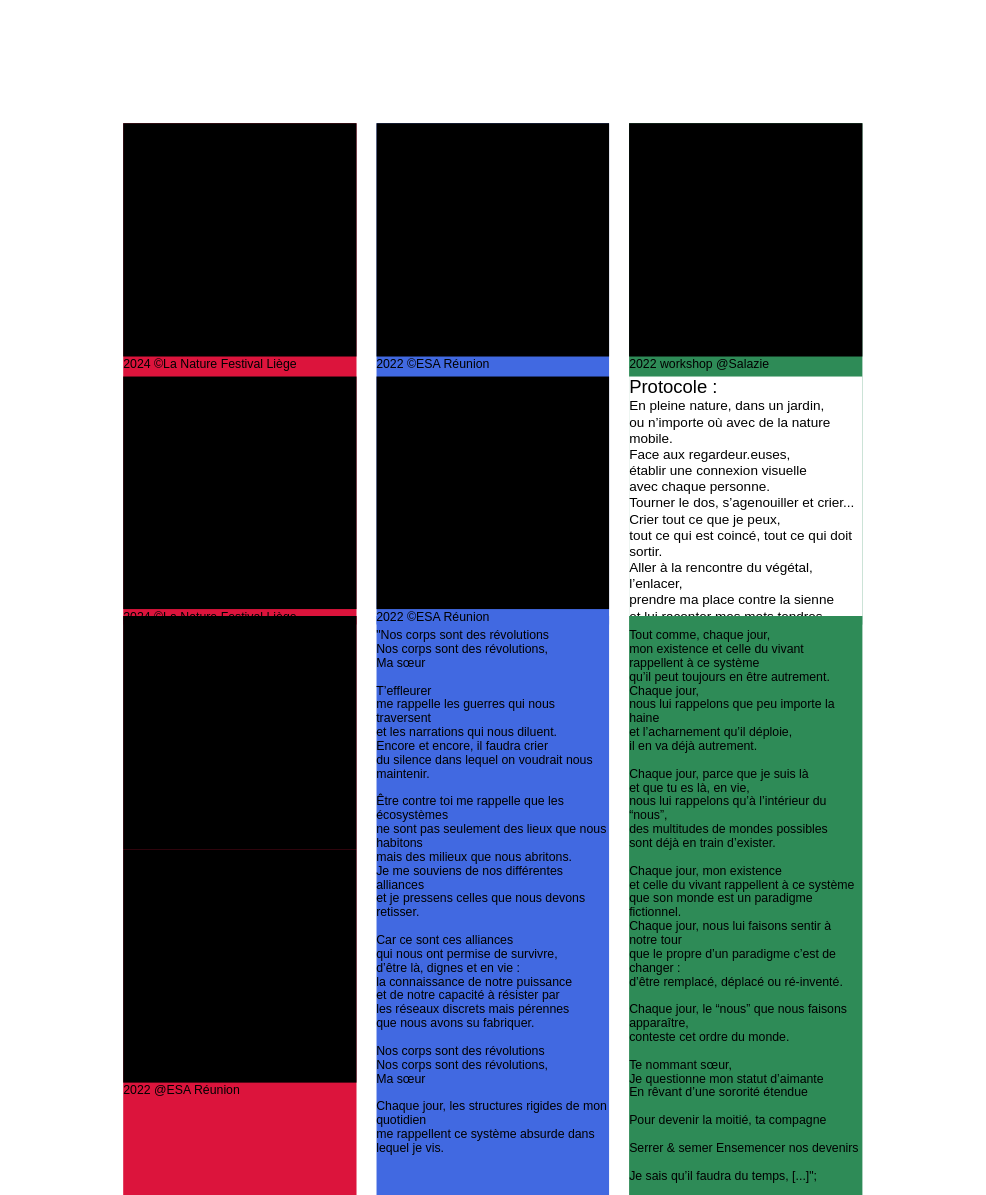
Repository: brunrhb/oce-p
Page: index.html
The author's editor kept a copy of each file at every save. The page is drawn from the files as they stood at one save, then again after the next save.
The browser window is 1280 px wide. The pictures show the whole page, at 77% of full size.

Above is the page before, as saved 2025-06-04 18:34:34.

### index.html
<!DOCTYPE html>
<html lang="fr">
<head>
  <meta charset="UTF-8">
  <meta name="viewport" content="width=device-width, initial-scale=1.0">
  <title>Grid 3 colonnes avec placeholders</title>
  <link rel="stylesheet" href="styles.css">
  <script defer src="content.js"></script>
</head>
<body>



  <section PROJET1 LIASONS VEGETALES>

<div class="grid-p1s1" id="partie1">

<div class="col-p1s1-1">
  <div class="media-block">
    <div class="placeholder-p1s1"></div>
    <p class="credit" data-content="p1s1-credit1"></p>
  </div>

  <div class="media-block">
    <div class="placeholder-p1s1"></div>
    <p class="credit" data-content="p1s1-credit2"></p>
  </div>
</div>

    <div class="col-p1s1-2">
      <div class="media-block">
        <div class="placeholder-p1s1"></div>
        <p class="credit" data-content="p1s1-credit3"></p>
      </div>
      <div class="media-block">
        <div class="placeholder-p1s1"></div>
        <p class="credit" data-content="p1s1-credit4"></p>
      </div>
    </div>

    <div class="col-p1s1-3">
      <div class="media-block">
        <div class="placeholder-p1s1"></div>
        <p class="credit" data-content="p1s1-credit5"></p>
      </div>
     <div class="text-block-p1s1">
       <p class="protocole-titre" data-content="p1s1-protocole-titre"></p>
       <p class="protocole-corps" data-content="p1s1-protocole-corps"></p>
    </div>

  </div>

</div>

<div class="grid-p1s1" id="partie2">

<div class="col-p1s1-1">
  <div class="media-block">
    <div class="placeholder-p1s1"></div>
    <div class="placeholder-p1s1"></div>
    <p class="credit" data-content="p1s2-credit1"></p>
  </div>
   </div>

  <div class="col-p1s1-2">
      <div class="text-block-p1s2">
        <p class="extrait" data-content="p1s2-extrait1"></p>
      </div>
  </div>

  <div class="col-p1s1-3">
      <div class="text-block-p1s2">
        <p class="extrait" data-content="p1s2-extrait2"></p>
      </div>

  </div>



</div>
  </section>

</body>
</html>

### styles.css
body {
  margin: 0;
  font-family: sans-serif;
}

/* #region PROJET1 LIASONS VEGETALES*/

/* #region slide1*/

/* 1 grille et colonnes */

.grid-p1s1 {
  display: grid;
  grid-template-columns: 1fr 1fr 1fr;
  height: calc(100vh - 20rem);
  padding-top: 10rem;
  padding-bottom: 5rem;
  padding-left:10rem ;
  padding-right:10rem ;
  column-gap: 2vw;
}

.col-p1s1-1 {
  display: flex;
  flex-direction: column;
  justify-content: flex-start;
  gap: 2vw;


  background-color: crimson;
}

.col-p1s1-2 {
  display: flex;
  flex-direction: column;
  justify-content: flex-start;
  gap: 2vw;

  background-color: royalblue;
}

.col-p1s1-3 {
  display: flex;
  flex-direction: column;
  justify-content: flex-start;
  gap: 2vw;

  background-color: seagreen;
}


/* 2 blocks et elements */

.media-block {
  display: block;
  width: 100%;
}

.placeholder-p1s1 {
  aspect-ratio: 1 / 1;
  width: 100%;
  background-color: black;
}

.credit {
  position: absolute;
  font-size: 1rem;
  line-height: 1.2;
  margin: 0;

}

.text-block-p1s1 {
  display: flex;
  flex-direction: column;
  justify-content: flex-end;

  width: 100%;
  aspect-ratio: 1 / 1;
  background-color: white;

  padding: 0;
  margin: 0;
  gap: 0;
}

.protocole-titre {
  font-size: 1.5rem;
  margin: 0;
  padding: 0;
}

.protocole-corps {
  font-size: 1.1rem;
  margin: 0;
  padding: 0;
}

/* #endregion */


/* #region slide1*/



/* #endregion */


/* #endregion */

### content.js
const content = {};

// #region PROJET1

// #region p1s1
content["p1s1-credit1"] = "2024 ©La Nature Festival Liège";
content["p1s1-credit2"] = "2024 ©La Nature Festival Liège";
content["p1s1-credit3"] = "2022 ©ESA Réunion";
content["p1s1-credit4"] = "2022 ©ESA Réunion";
content["p1s1-credit5"] = "2022 workshop @Salazie";

content["p1s1-protocole-titre"] = "Protocole :";
content["p1s1-protocole-corps"] = `
  En pleine nature, dans un jardin,<br>
  ou n’importe où avec de la nature mobile.<br>
  Face aux regardeur.euses,<br>
  établir une connexion visuelle<br>
  avec chaque personne.<br>
  Tourner le dos, s’agenouiller et crier...<br>
  Crier tout ce que je peux,<br>
  tout ce qui est coincé, tout ce qui doit sortir.<br>
  Aller à la rencontre du végétal, l’enlacer,<br>
  prendre ma place contre la sienne<br>
  et lui raconter mes mots tendres.
`;
// #endregion

// #region p1s2
content["p1s2-credit1"] = "2022 @ESA Réunion";

content["p1s2-extrait1"] = `
  "Nos corps sont des révolutions<br>
Nos corps sont des révolutions,<br>
Ma sœur<br><br>

T’effleurer<br>
me rappelle les guerres qui nous traversent<br>
et les narrations qui nous diluent.<br>
Encore et encore, il faudra crier<br>
du silence dans lequel on voudrait nous maintenir.<br><br>

Être contre toi me rappelle que les écosystèmes<br>
ne sont pas seulement des lieux que nous habitons<br>
mais des milieux que nous abritons.<br>
Je me souviens de nos différentes alliances<br>
et je pressens celles que nous devons retisser.<br><br>

Car ce sont ces alliances<br>
qui nous ont permise de survivre,<br>
d’être là, dignes et en vie :<br>
la connaissance de notre puissance<br>
et de notre capacité à résister par<br>
les réseaux discrets mais pérennes<br>
que nous avons su fabriquer.<br><br>

Nos corps sont des révolutions<br>
Nos corps sont des révolutions,<br>
Ma sœur<br><br>

Chaque jour, les structures rigides de mon quotidien<br>
me rappellent ce système absurde dans lequel je vis.
 `;
content["p1s2-extrait2"] = `
Tout comme, chaque jour,<br>
mon existence et celle du vivant<br>
rappellent à ce système<br>
qu’il peut toujours en être autrement.<br>
Chaque jour,<br>
nous lui rappelons que peu importe la haine<br>
et l’acharnement qu’il déploie,<br>
il en va déjà autrement.<br><br>

Chaque jour, parce que je suis là<br>
et que tu es là, en vie,<br>
nous lui rappelons qu’à l’intérieur du “nous”,<br>
des multitudes de mondes possibles<br>
sont déjà en train d’exister.<br><br>

Chaque jour, mon existence<br>
et celle du vivant rappellent à ce système<br>
que son monde est un paradigme fictionnel.<br>
Chaque jour, nous lui faisons sentir à notre tour<br>
que le propre d’un paradigme c’est de changer :<br>
d’être remplacé, déplacé ou ré-inventé.<br><br>

Chaque jour, le “nous” que nous faisons apparaître,<br>
conteste cet ordre du monde.<br><br>

Te nommant sœur,<br>
Je questionne mon statut d’aimante<br>
En rêvant d’une sororité étendue<br><br>

Pour devenir la moitié, ta compagne<br><br>

Serrer & semer Ensemencer nos devenirs<br><br>

Je sais qu’il faudra du temps, [...]";
 `;
// #endregion

// #endregion


// #region injection
window.addEventListener("DOMContentLoaded", () => {
  Object.entries(content).forEach(([key, value]) => {
    const el = document.querySelector(`[data-content="${key}"]`);
    if (el) el.innerHTML = value;
  });
});
// #endregion

After the next save:
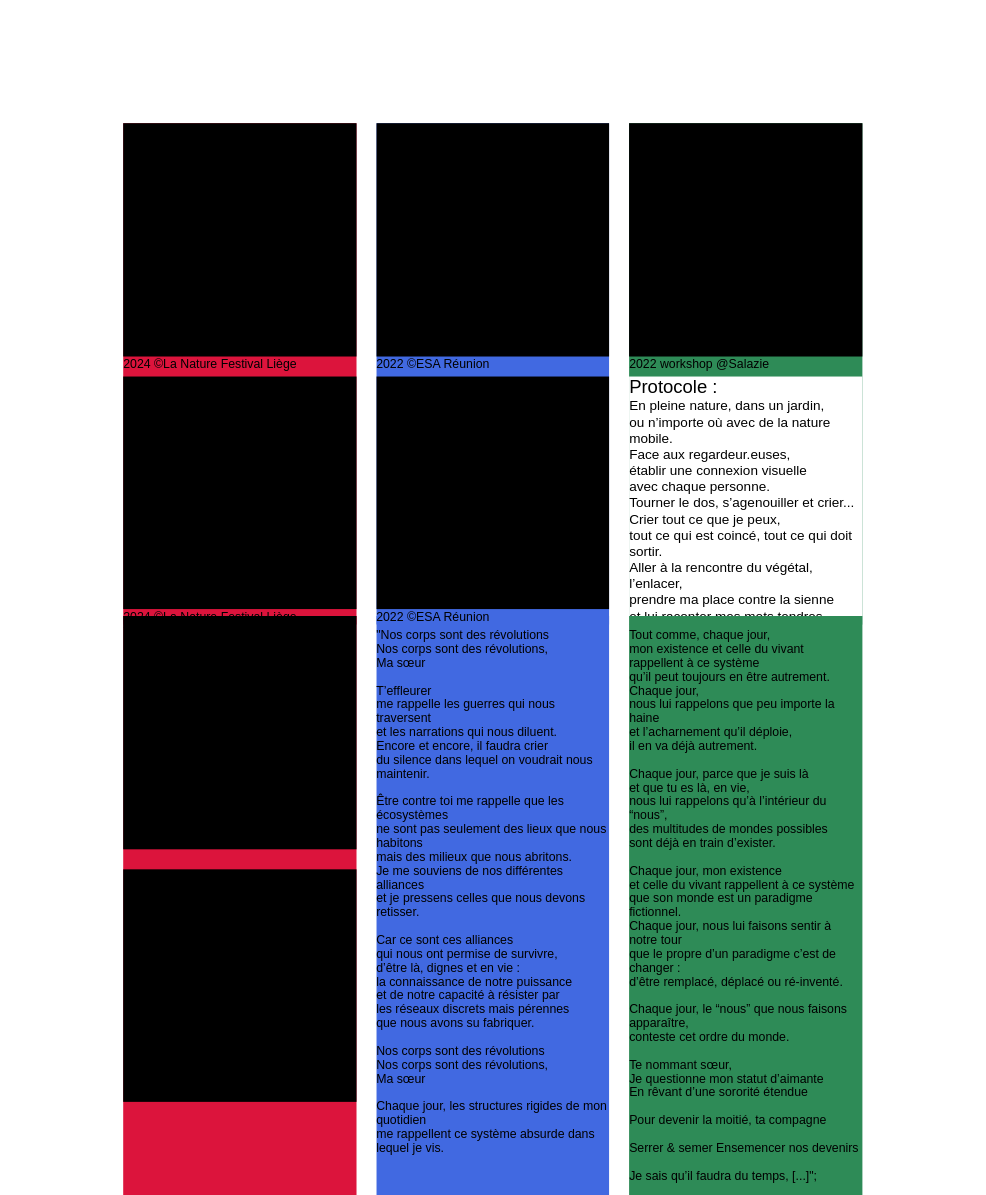
Saved 7 min 26 s later.
--- a/index.html
+++ b/index.html
@@ -55,11 +55,11 @@
 <div class="grid-p1s1" id="partie2">
 
 <div class="col-p1s1-1">
-  <div class="media-block">
+
     <div class="placeholder-p1s1"></div>
     <div class="placeholder-p1s1"></div>
     <p class="credit" data-content="p1s2-credit1"></p>
-  </div>
+
    </div>
 
   <div class="col-p1s1-2">

After the 3 saves that followed:
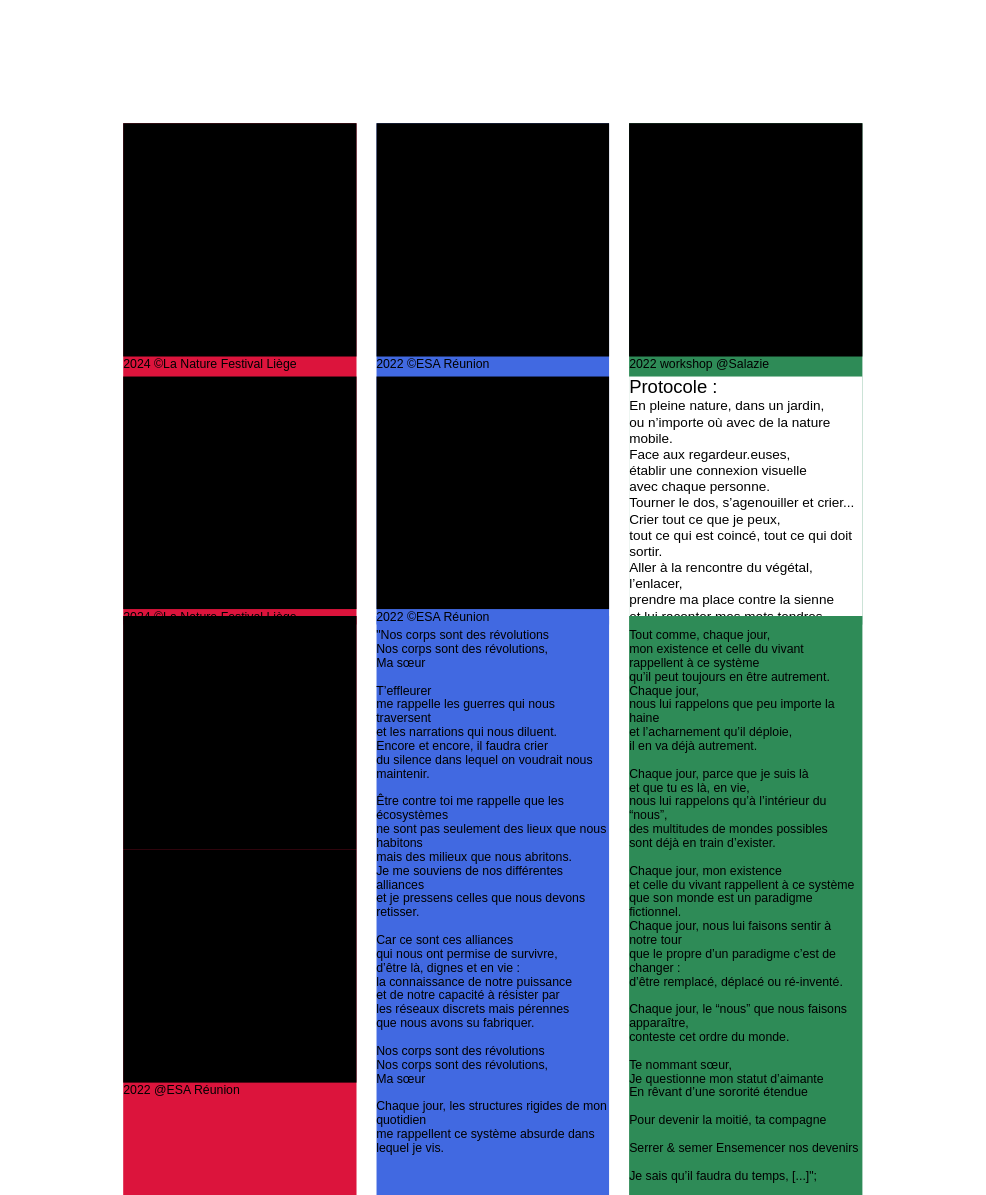
The 3 saves are shown as one change because 2 left the picture as it was.
The last was saved 7 min 20 s later.
--- a/index.html
+++ b/index.html
@@ -55,11 +55,11 @@
 <div class="grid-p1s1" id="partie2">
 
 <div class="col-p1s1-1">
-
+  <div class="media-block">
     <div class="placeholder-p1s1"></div>
     <div class="placeholder-p1s1"></div>
-    <p class="credit" data-content="p1s2-credit1"></p>
-
+    <p class="credit" data-content="p1s2-credit"></p>
+ </div>
    </div>
 
   <div class="col-p1s1-2">
--- a/content.js
+++ b/content.js
@@ -26,7 +26,7 @@ content["p1s1-protocole-corps"] = `
 // #endregion
 
 // #region p1s2
-content["p1s2-credit1"] = "2022 @ESA Réunion";
+content["p1s2-credit"] = "2022 @ESA Réunion";
 
 content["p1s2-extrait1"] = `
   "Nos corps sont des révolutions<br>
